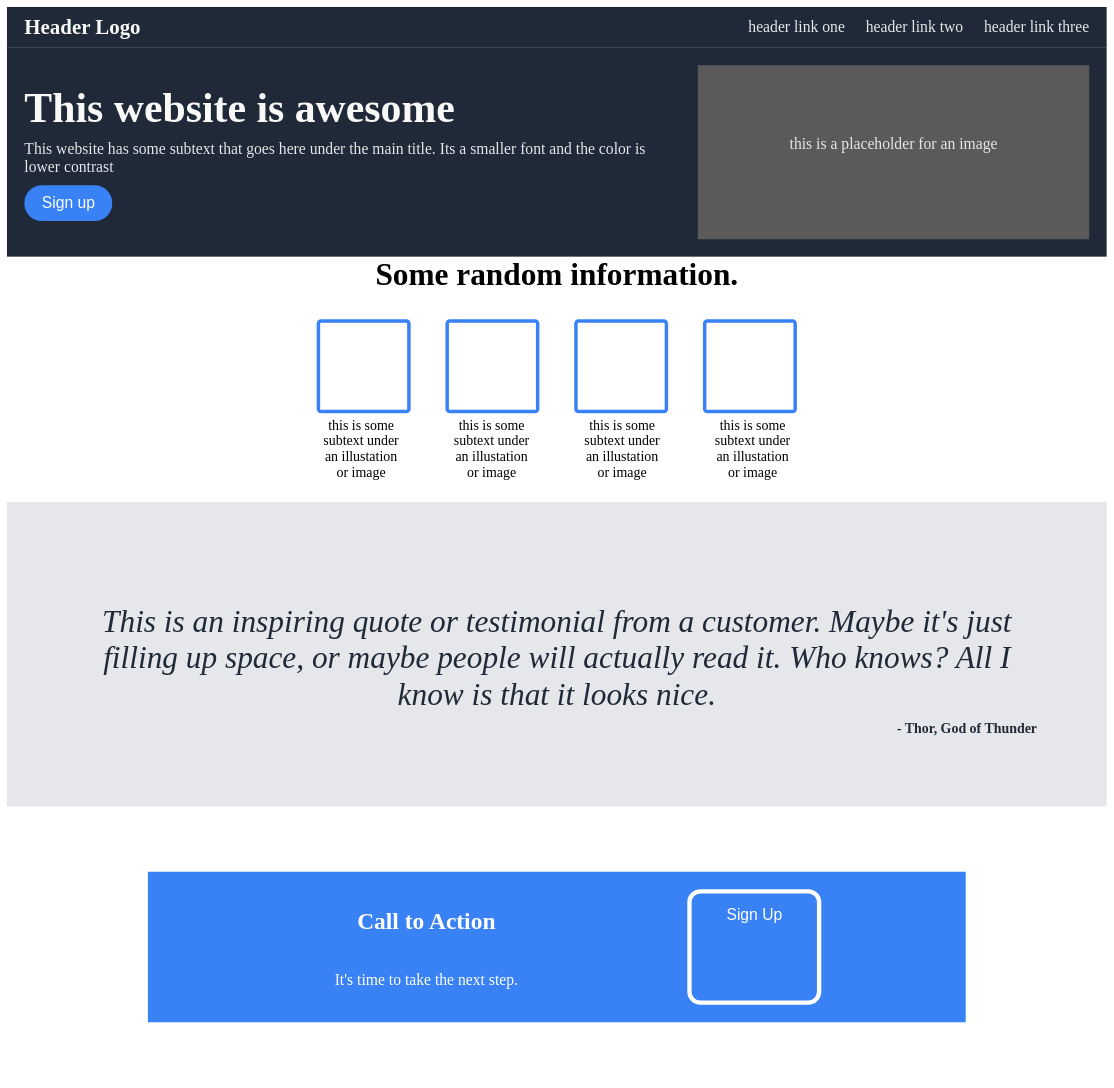
Repository: mnhardy1504/odin-recipes1
Page: flexboxlanding/index.html
An editor plug-in stored every save of this project. The page is shown before and after the next save, followed by the edit.
The browser window is 1280 px wide. The pictures show the whole page, at 87% of full size.

Above is the page before, as saved 2023-09-15 13:55:08.

After the next save:
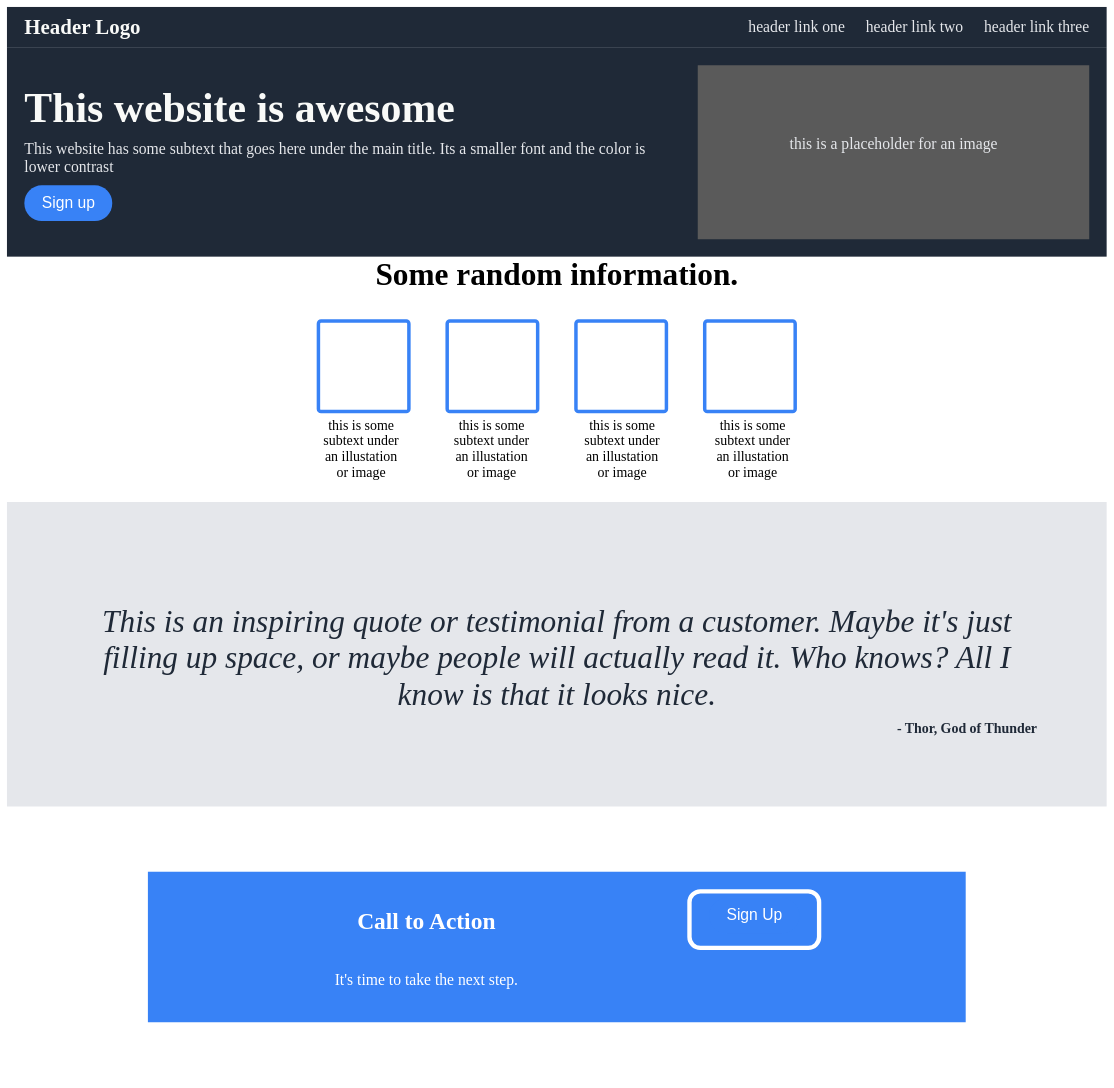
Saved 17 s later.
--- a/flexboxlanding/index.css
+++ b/flexboxlanding/index.css
@@ -169,7 +169,7 @@ h1 {
     border-radius: 15px;
     font-size: 18px;
     cursor: pointer;
-    height: auto;
+    height: 50px;
 }
 
 /* Add hover effect to the button */
